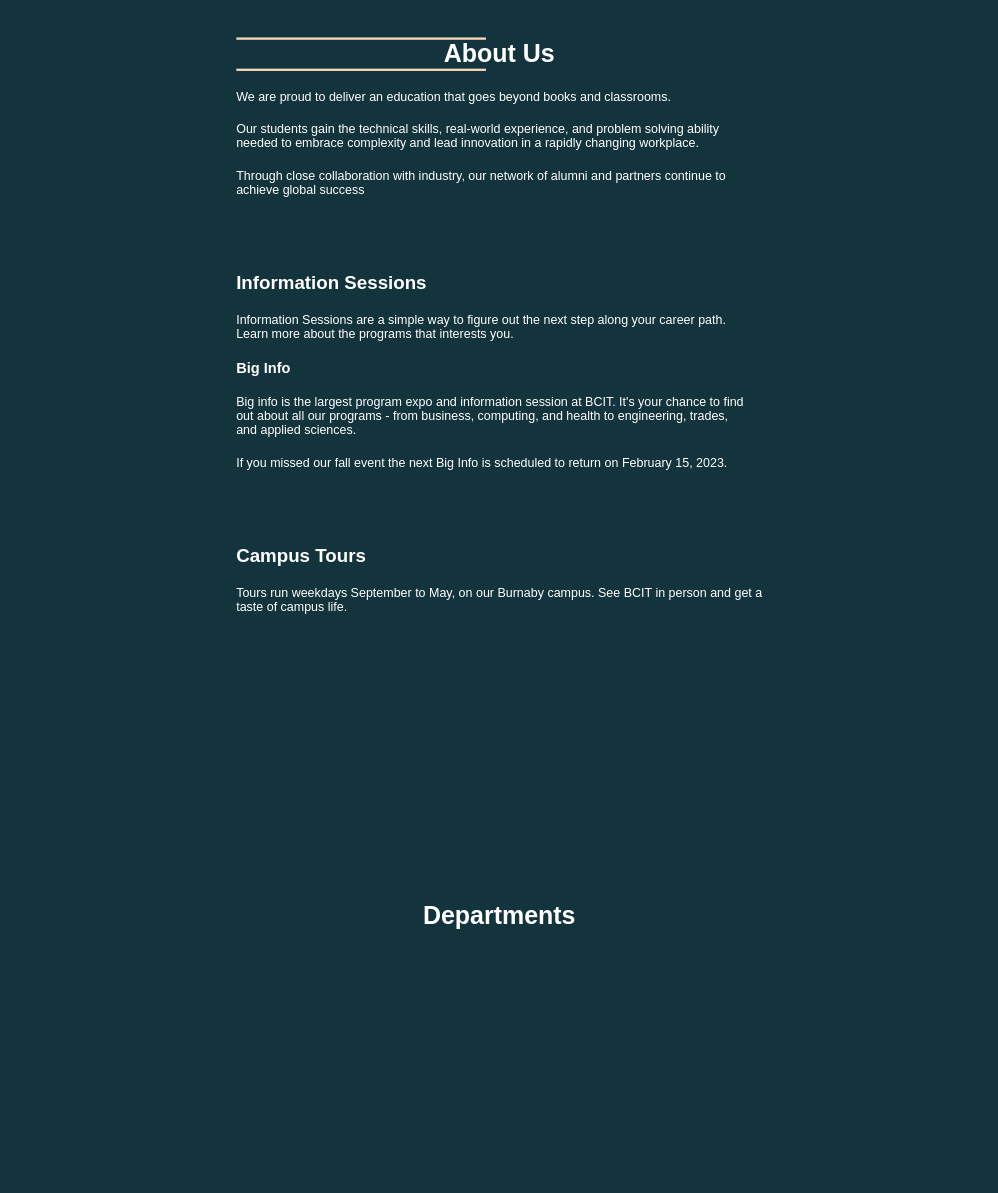
Repository: jennydmcm/assignment-1-playwright-site-A01338943
Page: /about
These files come from the project's save history. The page is drawn as it stood at one moment and after the next save; the edit follows.
The browser window is 1280 px wide. The pictures show the whole page, at 78% of full size.
The project was rebuilt for these pictures with package versions that can differ from the ones it lists, and the page was loaded fresh each time. The framework's server and built-in components were replaced by stand-ins that run in the browser. Also part of the build but not shown: next.config.js.

Above is the page before, as saved 2023-02-08 13:27:16.

After the next save:
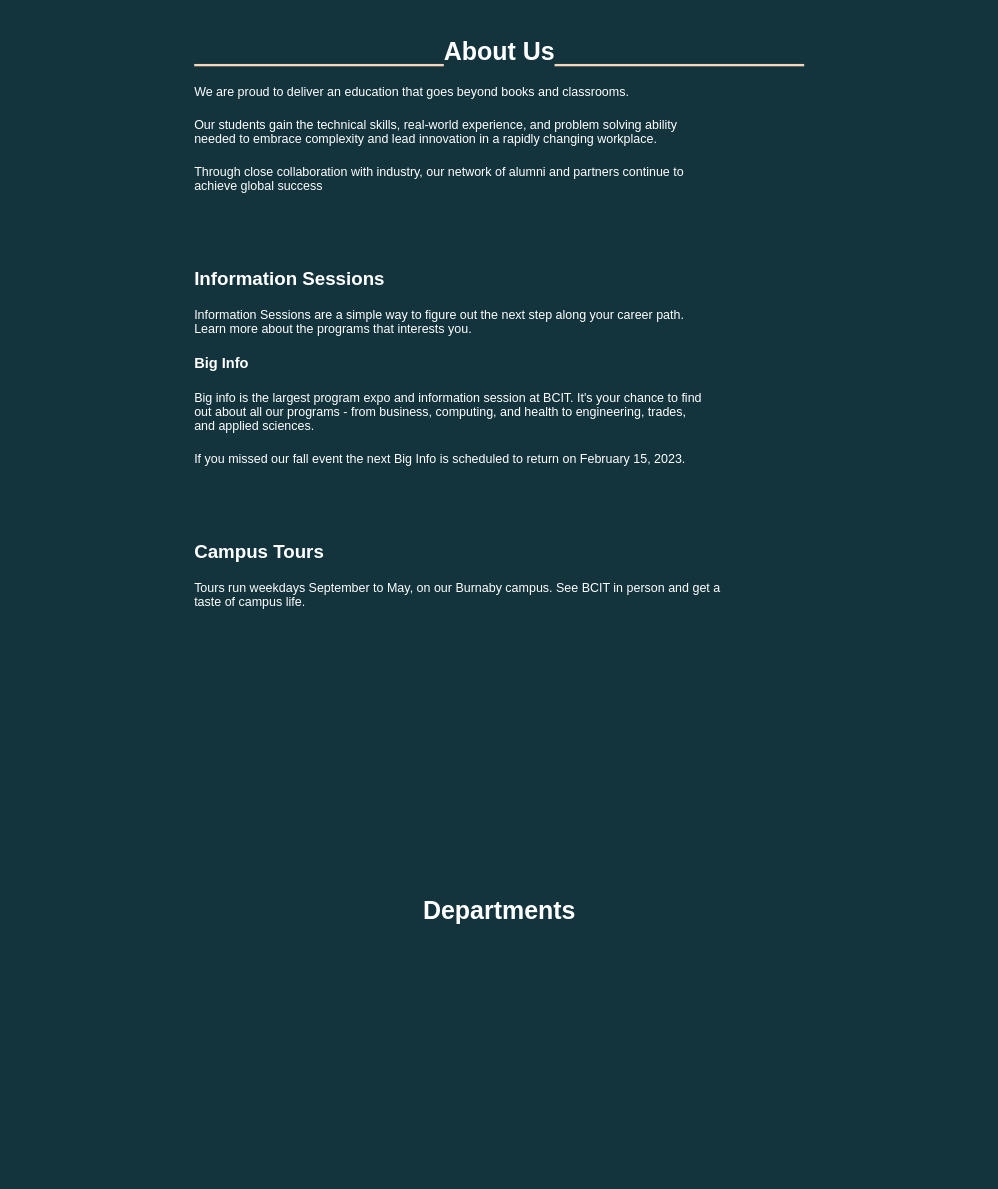
Saved 21 s later.
--- a/styles/About.module.css
+++ b/styles/About.module.css
@@ -64,3 +64,7 @@
     border-right: none;
     width: 20rem;
 }
+.header{
+    display: flex;
+    flex-direction: row;
+}
